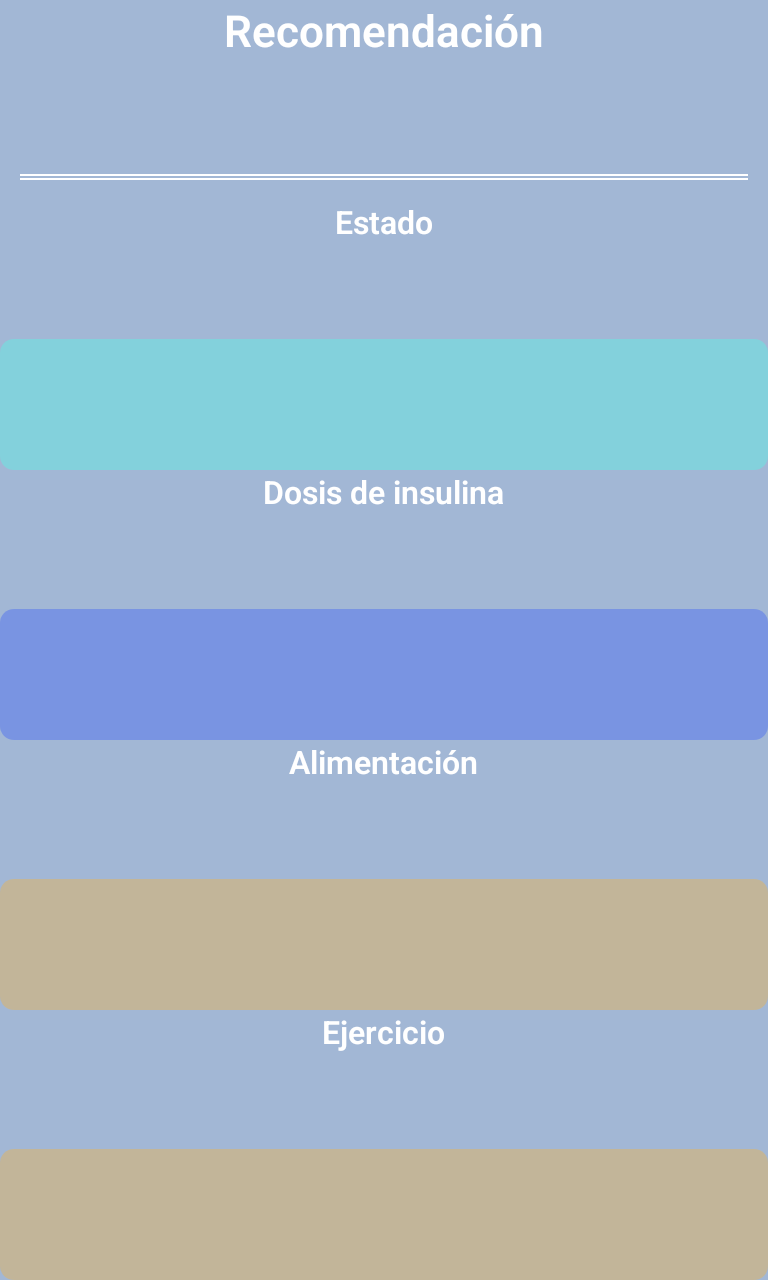
Repository: HectorGarciaMiguel/ssii-diabetes-060036
Layout: SeguimientoDiabetes/res/layout/activity_recomendacion.xml
An editor plug-in stored every save of this project. The layout is shown before and after the next save, followed by the edit.
It is drawn on a 768 x 1280 px phone screen (xhdpi) without system bars, with theme AppTheme; the app's code is not run.

Above is the layout before, as saved 2015-11-20 10:11:36.

### SeguimientoDiabetes/res/layout/activity_recomendacion.xml
<TableLayout xmlns:android="http://schemas.android.com/apk/res/android"
    xmlns:tools="http://schemas.android.com/tools"
    android:id="@+id/TableLayout1"
    android:layout_width="fill_parent"
    android:layout_height="wrap_content"
    android:layout_gravity="top|center"
    android:stretchColumns="*"
    tools:context=".MainActivity" >

    <TableRow
        android:id="@+id/tableRow1"
        android:layout_width="0px"
        android:layout_height="0px"
        android:layout_weight="2">

        <TextView
            android:id="@+id/textView1"
            android:layout_width="fill_parent"
            android:layout_height="fill_parent"
            android:layout_gravity="center_horizontal|center_vertical"
            android:text="Recomendación"
            style="@style/RobotoStyleTextViewNegrita"/>

    </TableRow>

           <View
    		android:layout_height="1dp"
    		android:layout_marginTop="10dp"
    		android:layout_marginRight="10dp"
    		android:layout_marginLeft="10dp"
    		android:layout_marginBottom="1dp"
    		android:background="#FFFFFF"/>
          <View
    		android:layout_height="1dp"
    		android:layout_marginRight="10dp"
    		android:layout_marginLeft="10dp"
    		android:layout_marginBottom="10dp"
    		android:background="#FFFFFF"/>


    <TableRow
        android:id="@+id/tableRow8"
        android:layout_width="0px"
        android:layout_height="0px"
        android:layout_weight="2">

        <TextView
            android:id="@+id/textView8"
            android:layout_width="wrap_content"
            android:layout_height="fill_parent"
            android:layout_gravity="center_horizontal|center_vertical"
            android:text="Estado"
            android:textStyle="bold"/>

    </TableRow>

    <TableRow
        android:id="@+id/tableRow9"
        android:layout_width="0px"
        android:layout_height="0px"
        android:layout_weight="1"
        android:background="@drawable/sombreadoverde">

        <TextView
            android:id="@+id/textView9"
            android:layout_width="wrap_content"
            android:layout_height="wrap_content"
            android:padding="10dp" />

    </TableRow>

    <TableRow
        android:id="@+id/tableRow2"
        android:layout_width="0px"
        android:layout_height="0px"
        android:layout_weight="2" >

        <TextView
            android:id="@+id/textView2"
            android:layout_width="wrap_content"
            android:layout_height="fill_parent"
            android:text="Dosis de insulina"
            android:layout_gravity="center_horizontal|center_vertical"
            android:textStyle="bold" />

    </TableRow>

    <TableRow
        android:id="@+id/tableRow3"
        android:layout_width="0px"
        android:layout_height="0px"
        android:layout_weight="1"
        android:background="@drawable/sombreadoazul" >

        <TextView
            android:id="@+id/textView3"
            android:layout_width="wrap_content"
            android:layout_height="wrap_content"
            android:padding="10dp" />

    </TableRow>

    <TableRow
        android:id="@+id/tableRow4"
        android:layout_width="0px"
        android:layout_height="0px"
        android:layout_weight="2" >

        <TextView
            android:id="@+id/textView4"
            android:layout_width="wrap_content"
            android:layout_height="fill_parent"
            android:layout_gravity="center_horizontal|center_vertical"
            android:text="Alimentación"
            android:textStyle="bold"/>

    </TableRow>

    <TableRow
        android:id="@+id/tableRow5"
        android:layout_width="0px"
        android:layout_height="0px"
        android:layout_weight="1"
        android:background="@drawable/sombreadonaranja">

        <TextView
            android:id="@+id/textView5"
            android:layout_width="wrap_content"
            android:layout_height="wrap_content"
            android:padding="10dp" />

    </TableRow>

    <TableRow
        android:id="@+id/tableRow6"
        android:layout_width="0px"
        android:layout_height="0px"
        android:layout_weight="2" >

        <TextView
            android:id="@+id/textView6"
            android:layout_width="wrap_content"
            android:layout_height="fill_parent"
            android:text="Ejercicio"
            android:layout_gravity="center_horizontal|center_vertical"
            android:textStyle="bold" />

    </TableRow>


    <TableRow
        android:id="@+id/tableRow7"
        android:layout_width="0px"
        android:layout_height="0px"
        android:layout_weight="1"
        android:background="@drawable/sombreadonaranja">>

        <TextView
            android:id="@+id/textView7"
            android:layout_width="wrap_content"
            android:layout_height="wrap_content"
            android:padding="10dp" />

    </TableRow>

</TableLayout>

### SeguimientoDiabetes/res/values/styles.xml
<resources xmlns:android="http://schemas.android.com/apk/res/android">

    <!--
        Base application theme, dependent on API level. This theme is replaced
        by AppBaseTheme from res/values-vXX/styles.xml on newer devices.
    -->
    <style name="AppBaseTheme" parent="android:Theme.Holo.Light">
        <!--
            Theme customizations available in newer API levels can go in
            res/values-vXX/styles.xml, while customizations related to
            backward-compatibility can go here.
        -->


    </style>

    <!-- Application theme. -->
    <style name="AppTheme" parent="AppBaseTheme">
        <!-- All customizations that are NOT specific to a particular API-level can go here. -->

                                   <item name="android:windowBackground">@drawable/fondo2</item>
                                   <item name="android:windowActionBarOverlay">true</item>
                                    <item name="android:windowActionBar">false</item>
    								<item name="android:windowNoTitle">true</item>


   									<item name="android:textViewStyle">@style/RobotoStyleTextView</item>
    								<item name="android:editTextStyle">@style/RobotoStyleEditText</item>
   									<item name="android:textAppearance">@style/RobotoStyle</item>


    </style>


    <style name="Boton" parent="android:Theme.Holo.Light">
       <item name="android:layout_width">fill_parent</item>
       <item name="android:layout_height">fill_parent</item>
       <item name="android:textColor">#F2F2F2</item>
       <item name="android:textStyle">bold</item>
       <item name="android:layout_margin">30px</item>
       <item name="android:textSize">18sp</item>
    </style>



    <style name="RobotoStyleTextView" parent="android:Widget.TextView">
    	<item name="android:fontFamily">sans-serif-light</item>
    	<item name="android:textColor">#FFFFFF</item>
    	<item name="android:textSize">16sp</item>
	</style>

    <style name="RobotoStyleTextViewNegrita" parent="android:Widget.TextView">
    	<item name="android:fontFamily">sans-serif-light</item>
    	<item name="android:textColor">#FFFFFF</item>
    	<item name="android:textSize">22sp</item>
    	<item name="android:textStyle">bold</item>
	</style>

      <style name="RobotoStyleEditText" parent="android:Widget.EditText">
    	<item name="android:fontFamily">sans-serif-light</item>
    	<item name="android:textColor">#FFFFFF</item>
    	<item name="android:textSize">20sp</item>
	</style>

     <style name="RobotoStyle" >
    	<item name="android:fontFamily">sans-serif-light</item>
    	<item name="android:textColor">#FFFFFF</item>
    	<item name="android:textSize">20sp</item>
	</style>


    <style name="SombreadoVerde" parent="@style/RobotoStyleTextView">
    	<item name="android:background">#306DE7D9</item>

    </style>


</resources>

### SeguimientoDiabetes/res/drawable/sombreadoverde.xml
<?xml version="1.0" encoding="UTF-8"?>
<shape xmlns:android="http://schemas.android.com/apk/res/android">
    <solid android:color="#6050FCE8"/>
    <corners android:radius="7dp"/>
</shape>

### SeguimientoDiabetes/res/drawable/sombreadoazul.xml
<?xml version="1.0" encoding="UTF-8"?>
<shape xmlns:android="http://schemas.android.com/apk/res/android">
    <solid android:color="#60355CF7"/>
    <corners android:radius="7dp"/>
</shape>

### SeguimientoDiabetes/res/drawable/sombreadonaranja.xml
<?xml version="1.0" encoding="UTF-8"?>
<shape xmlns:android="http://schemas.android.com/apk/res/android">
    <solid android:color="#60F7B335"/>
    <corners android:radius="7dp"/>
</shape>

Loaded but not shown: SeguimientoDiabetes/res/values-v11/styles.xml (common file); SeguimientoDiabetes/res/values-v14/styles.xml (common file)

After the next save:
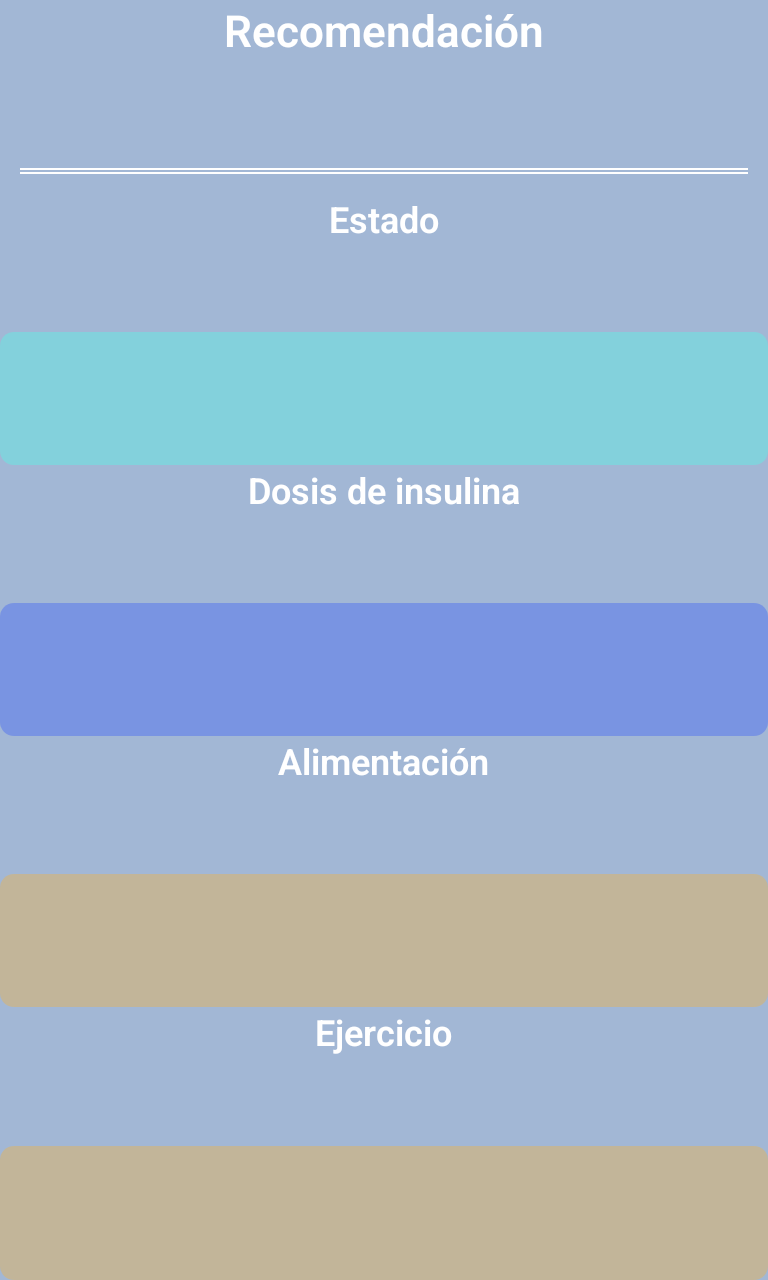
Saved 15 s later.
--- a/SeguimientoDiabetes/res/values/styles.xml
+++ b/SeguimientoDiabetes/res/values/styles.xml
@@ -46,7 +46,7 @@
     <style name="RobotoStyleTextView" parent="android:Widget.TextView">
     	<item name="android:fontFamily">sans-serif-light</item>
     	<item name="android:textColor">#FFFFFF</item>
-    	<item name="android:textSize">16sp</item>
+    	<item name="android:textSize">18sp</item>
 	</style>
 
     <style name="RobotoStyleTextViewNegrita" parent="android:Widget.TextView">
